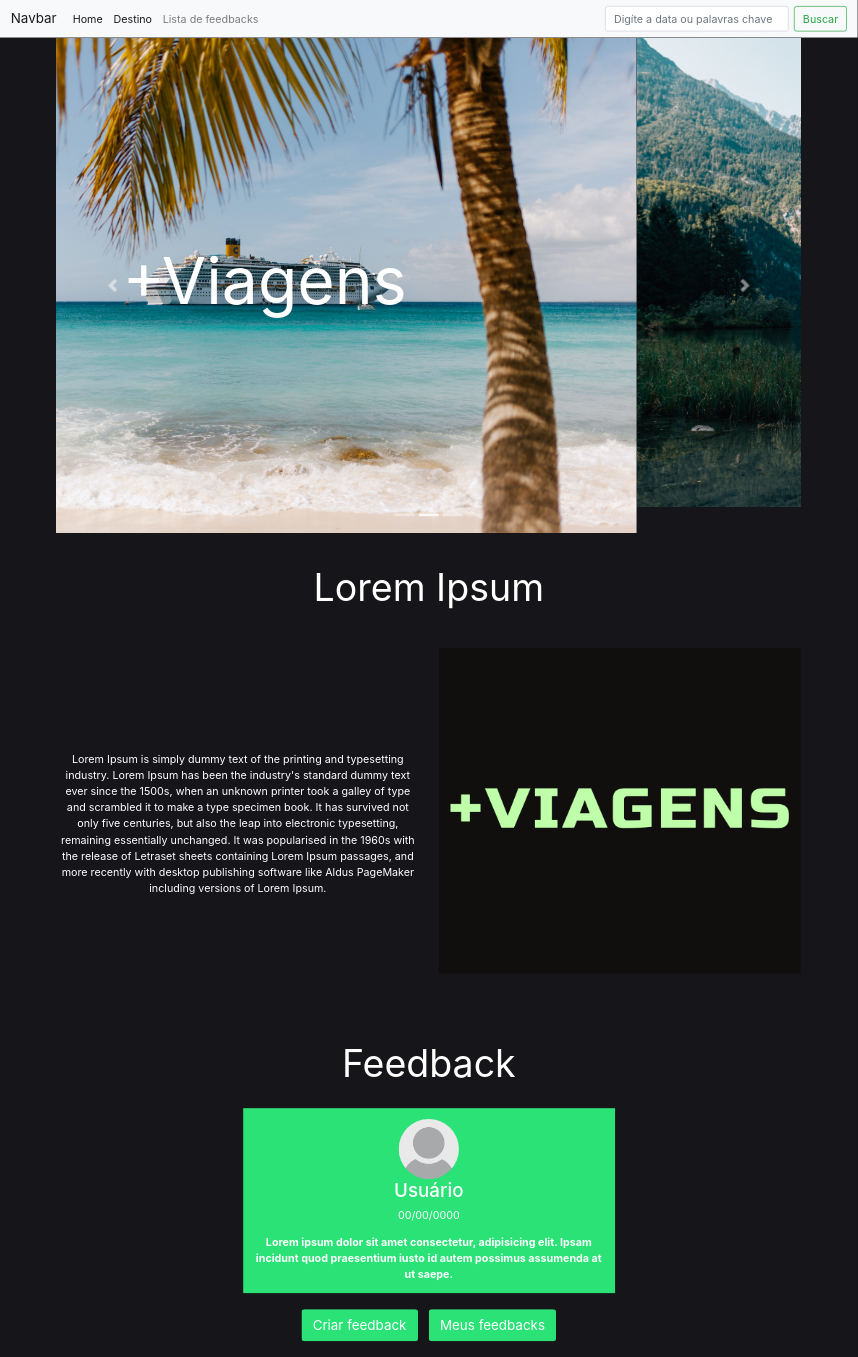
Repository: JulioSantooz/maisViagensSegundaVersao
Page: java-web(eclipse)/java-crud-mais-viagens/src/main/webapp/index.html
These files come from the project's save history. The page is drawn as it stood at one moment and after the next save; the edit follows.
The browser window is 1280 px wide. The pictures show the whole page, at 67% of full size.
Some web libraries are served in a nearby version.

Above is the page before, as saved 2022-02-07 16:49:35.

### java-web(eclipse)/java-crud-mais-viagens/src/main/webapp/index.html
<!DOCTYPE html>
<html>
<head>
<meta charset="ISO-8859-1">
<link rel="stylesheet" href="https://maxcdn.bootstrapcdn.com/bootstrap/4.0.0/css/bootstrap.css">
<title>+Viagens - Home</title>
</head>
<body style="background-color: #16161a">

<nav class="navbar navbar-expand-lg navbar-light bg-light">
  <a class="navbar-brand" href="#">Navbar</a>
  <button class="navbar-toggler" type="button" data-toggle="collapse" data-target="#navbarSupportedContent" aria-controls="navbarSupportedContent" aria-expanded="false" aria-label="Toggle navigation">
    <span class="navbar-toggler-icon"></span>
  </button>

  <div class="collapse navbar-collapse" id="navbarSupportedContent">
    <ul class="navbar-nav mr-auto">
      <li class="nav-item active">
        <a class="nav-link" href="index.html">Home <span class="sr-only">(current)</span></a>
      </li>
      <li class="nav-item active">
        <a class="nav-link" href="destino.html">Destino <span class="sr-only">(current)</span></a>
      </li>
      <li class="nav-item">
        <a class="nav-link" href="CreateAndFind">Lista de feedbacks</a>
      </li>
    </ul>
    <form action="CreateAndFind" method="GET" class="form-inline my-2 my-lg-0">
      <input name="pesquisa" class="form-control mr-sm-2" type="search" placeholder="Digíte a data ou palavras chave" aria-label="Search">
      <button class="btn btn-outline-success my-2 my-sm-0" type="submit">Buscar</button>
    </form>
  </div>
</nav>

<div class="container">

    <section id="carouselSite" class="carousel slide" data-ride="carousel">
        <ol class="carousel-indicators">
            <li data-target="#carouselSite" data-slide-to="0" class="active"></li>
            <li data-target="#carouselSite" data-slide-to="1"></li>
            <li data-target="#carouselSite" data-slide-to="2"></li>
        </ol>

        <div class="carousel-inner">
            <div class="carousel-item active">
                <img src="./img/foto-1.jpg" alt="Foto de carrossel" class=" img-fluid d-block">
                <div class="carousel-caption d-none d-md-block">
                    <h1 style="margin-bottom: 36%" class="display-1"><strong>+Viagens</strong></h1>
                </div>
            </div>
            <div class="carousel-item">
                <img src="./img/foto-2.jpg" alt="Foto de carrossel" class=" img-fluid d-block">
                <div class="carousel-caption d-none d-md-block">
                    <h1 style="margin-bottom: 36%" class="display-1"><strong>+Viagens</strong></h1>
                </div>
            </div>
            <div class="carousel-item">
                <img src="./img/foto-3.jpg" alt="Foto de carrossel" class=" img-fluid d-block">
                <div class="carousel-caption d-none d-md-block">
                    <h1 style="margin-bottom: 36%" class="display-1"><strong>+Viagens</strong></h1>
                </div>
            </div>
        </div>

        <a class="carousel-control-prev" href="#carouselSite" role="button" data-slide="prev">
            <span class="carousel-control-prev-icon"></span>
            <span class="sr-only">Anterior</span>
        </a>

        <a class="carousel-control-next" href="#carouselSite" role="button" data-slide="next">
            <span class="carousel-control-next-icon"></span>
            <span class="sr-only">Avançar</span>
        </a>
    </section>

    <article class="bg bg-primary">
        <div style="background-color: #16161a">
            <div class="row ">
                <div class="col-12 text-center my-5">
                    <h1 class="display-4 text-white"><strong>Lorem Ipsum</strong></h1>
                </div>
            </div>
            <div class="row">
                <div class="col-sm-12 col-md-8 col-lg-6 text-center d-flex align-items-center text-white">
                    <p>Lorem Ipsum is simply dummy text of the printing and typesetting industry.
                       Lorem Ipsum has been the industry's standard dummy text ever since the 1500s,
                       when an unknown printer took a galley of type and scrambled it to make a type
                       specimen book. It has survived not only five centuries, but also the leap into
                       electronic typesetting, remaining essentially unchanged. It was popularised in
                       the 1960s with the release of Letraset sheets containing Lorem Ipsum passages,
                       and more recently with desktop publishing software like Aldus PageMaker including
                       versions of Lorem Ipsum.</p>
                </div>
                <div class="col-sm-12 col-md-4 col-lg-6">
                    <img style="width: 100%; height: 90%;" src="./img/logo-agencia-de-viagens.png" alt="">
                </div>
            </div>
        </div>
    </article>

    <section style="background-color: #16161a;">
        <div class="row">
            <div class="col-12 text-center my-4">
                <h1 class="display-4 text-white mt-4"><strong>Feedback</strong></h1>
            </div>
            <div class="col-12 d-flex justify-content-center text-center">
                <div class=" col-sm-12 col-md-8 col-lg-6 text-white" style="background-color: rgb(43, 226, 119);">
                    <img style="width: 90px; border-radius: 50%" class="mt-3" src="./img/usuario.png" alt="">
                    <h3>Usuário</h3>
                    <p>00/00/0000</p>
                    <p><strong>Lorem ipsum dolor sit amet consectetur, adipisicing elit.
                        Ipsam incidunt quod praesentium iusto id autem possimus
                        assumenda at ut saepe.</strong></p>
                </div>
            </div>
        </div>
        <div class="row">
            <di class="col-12 d-flex justify-content-center my-4">
                <button type="button" class="btn btn-lg text-white mr-3" data-toggle="modal" data-target="#modalCriarFeedback" style="background-color: rgb(43, 226, 119);">
                    Criar feedback
                </button>
                <a class="btn btn-lg text-white" href="feedback.html" style="background-color: rgb(43, 226, 119);">
                    Meus feedbacks
                </a>

                  <!-- container do modal -->
                  <div class="modal" id="modalCriarFeedback">
                    <div class="modal-dialog">
                      <div class="modal-content">

                        <!-- cabecalho do modal -->
                        <div class="modal-header">
                          <h4 class="modal-title">Criar</h4>
                          <button type="button" class="close" data-dismiss="modal">&times;</button>
                        </div>

                        <!-- corpo do modal -->
                        <div class="modal-body">
                          <div class="container">
                              <h2 class="text-center">Feedback</h2>
                              <form action="/action_page.php" class="was-validated">
                                <div class="form-group">
                                  <label for="uname">Descrição:</label>
                                  <textarea  class="form-control" name="" id="uname" cols="30" rows="5"  placeholder="Digite..." required></textarea>
                                  <div class="valid-feedback">Preenchimento Válido</div>
                                  <div class="invalid-feedback">Campo Obrigatório</div>
                                </div>

                                  <div class="form-group">
                                  <label for="pwd">Data de criação:</label>
                                  <input type="date" class="form-control" id="pwd" placeholder="Digite a data" name="data" required>
                                  <div class="valid-feedback">Válido</div>
                                  <div class="invalid-feedback">Por favor, preencha a senha</div>
                                </div>

                                <button type="submit" class="btn btn-block my-4 text-white" style="background-color: rgb(43, 226, 119);">Criar</button>
                              </form>
                            </div>
                        </div>
                      </div>
                    </div>
                  </div>
            </di>
        </div>
    </section>

</div>

<script src="https://code.jquery.com/jquery-3.2.1.slim.min.js"></script>
<script src="https://cdnjs.cloudflare.com/ajax/libs/popper.js/1.12.9/umd/popper.min.js"></script>
<script src="https://maxcdn.bootstrapcdn.com/bootstrap/4.0.0/js/bootstrap.js"></script>

</body>
</html>

After the next save:
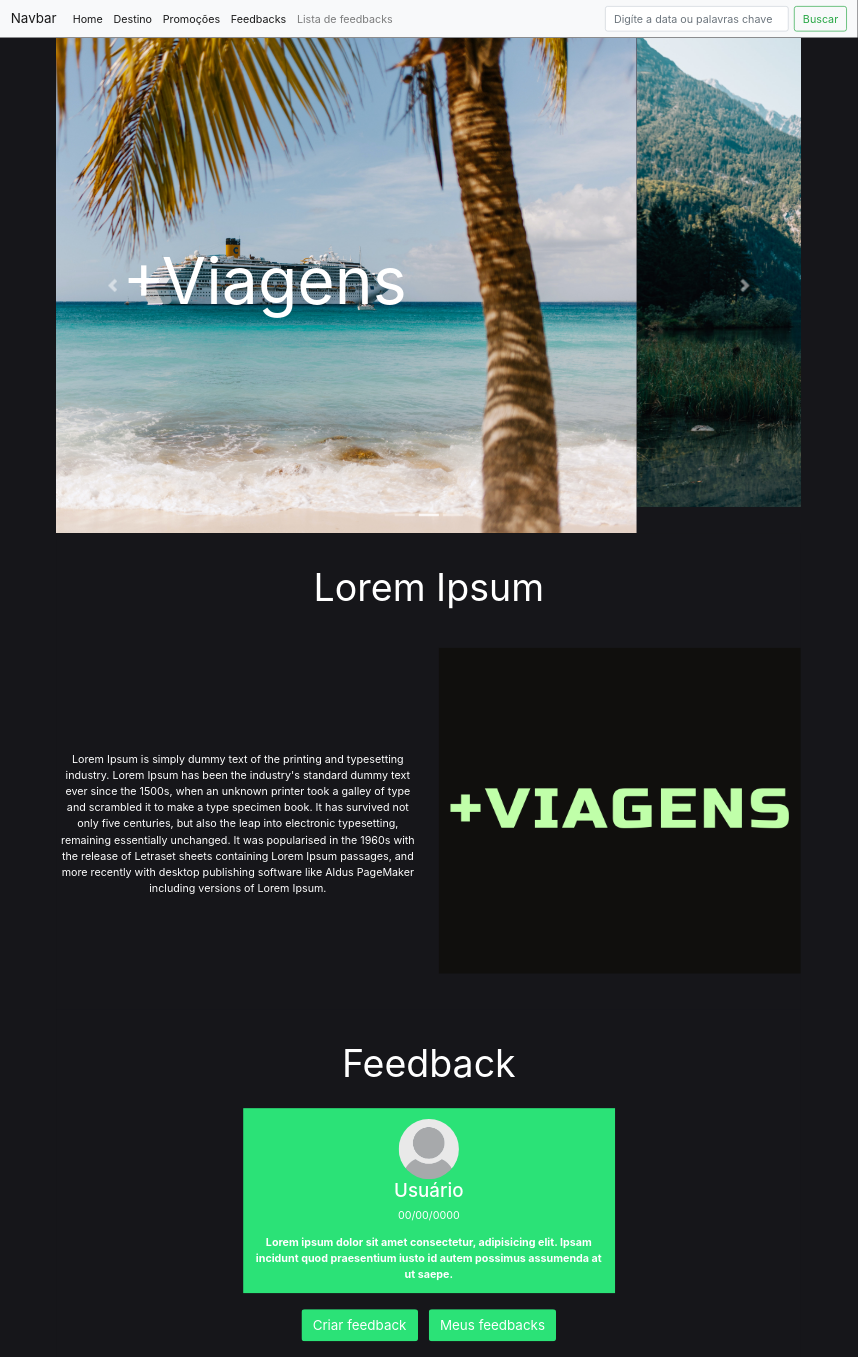
Saved 3 min 14 s later.
--- a/java-web(eclipse)/java-crud-mais-viagens/src/main/webapp/index.html
+++ b/java-web(eclipse)/java-crud-mais-viagens/src/main/webapp/index.html
@@ -20,6 +20,12 @@
       </li>
       <li class="nav-item active">
         <a class="nav-link" href="destino.html">Destino <span class="sr-only">(current)</span></a>
+      </li>
+      <li class="nav-item active">
+        <a class="nav-link" href="promocao.html">Promoções <span class="sr-only">(current)</span></a>
+      </li>
+      <li class="nav-item active">
+        <a class="nav-link" href="destino.html">Feedbacks <span class="sr-only">(current)</span></a>
       </li>
       <li class="nav-item">
         <a class="nav-link" href="CreateAndFind">Lista de feedbacks</a>
